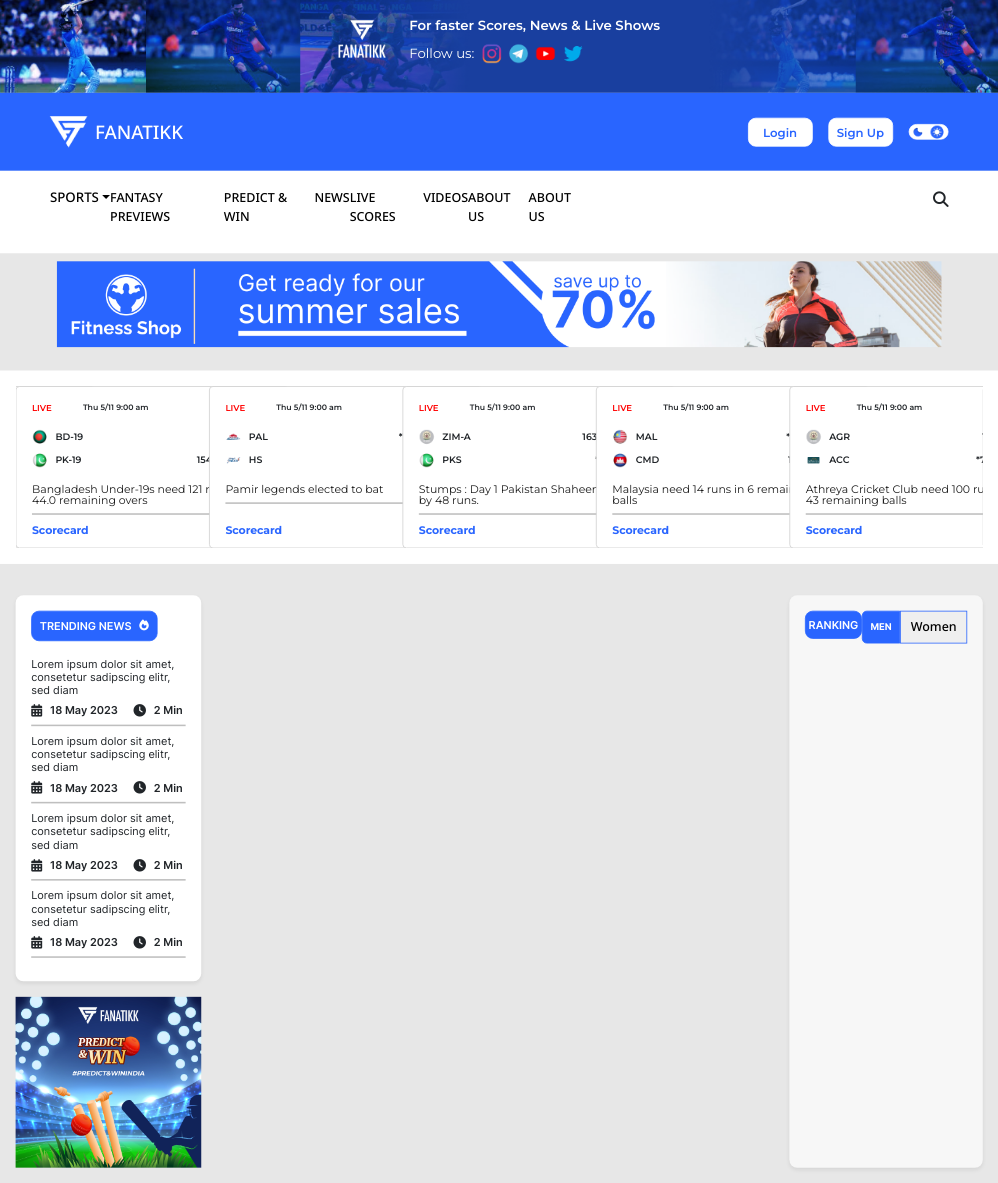
Repository: FlyweisReact/Kannapa
Page: /
The author's editor kept a copy of each file at every save. The page is drawn from the files as they stood at one save, then again after the next save.
The browser window is 1280 px wide. The pictures show the whole page, at 78% of full size.
Some web libraries are served in a nearby version. The project was rebuilt for these pictures with package versions that can differ from the ones it lists, and the page was loaded fresh each time. Also part of the build but not shown: src/Components/Layout/Footer.js, src/Components/Sliders/Index-video-Slider.js, src/Components/firstScreen.jsx, src/Components/secondScreen.jsx, src/Components/thirdScreen.jsx, src/Components/fourthScreen.jsx, src/CSS/Footer.css.

Above is the page before, as saved 2023-06-03 16:03:57.

### public/index.html
<!DOCTYPE html>
<html lang="en">
  <head>
    <meta charset="utf-8" />
    <link rel="icon" href="%PUBLIC_URL%/favicon.ico" />
    <meta name="viewport" content="width=device-width, initial-scale=1" />
    <meta name="theme-color" content="#000000" />
    <meta
      name="description"
      content="Web site created using create-react-app"
    />
    <link rel="apple-touch-icon" href="%PUBLIC_URL%/logo192.png" />

    <link rel="manifest" href="%PUBLIC_URL%/manifest.json" />
    <link href="https://fonts.googleapis.com/css2?family=Roboto+Mono:ital,wght@1,300&display=swap" rel="stylesheet">
    <title>React App</title>
  </head>
  <body>
    <noscript>You need to enable JavaScript to run this app.</noscript>
    <div id="root"></div>
    <script src="https://code.jquery.com/jquery-3.6.0.min.js"></script>
    <script src="https://kit.fontawesome.com/b533b351e4.js" crossorigin="anonymous"></script>
  </body>
</html>

### src/CSS/Navbar.css
/**
 * === navbar styling ====
 *
 * @format
 */
.Stick-navbar{
    height: 100%;
    transition: box-shadow 0.3s ease;
    height: 100px;
}
.Navbar {
  display: flex;
  justify-content: space-between;
  background: #2965ff;
  padding: 20px;
  width: 100%;
  gap: 20px;
  position: fixed !important;
  top: 0;
  z-index: 999;
  transition: box-shadow 0.3s ease;
  align-items: center;
}

.Navbar .Left_Container {
  width: 30%;
}
.Navbar .Left_Container .Logo_Div {
  display: flex;
  gap: 10px;
  justify-content: center;
  align-items: center;
}
.Navbar .Left_Container .Logo_Div p {
  color: #fff;
  font-size: var(--mediumFont);
  margin: 0;
}
.Navbar .Left_Container .Logo_Div img {
  width: 47.73px;
  height: 40px;
}

.Navbar .Right_Container {
  width: 70%;
  display: flex;
  justify-content: center;
  gap: 40px;
}
.Navbar .Right_Container .Item {
  display: flex;
  justify-content: baseline;
}

.Navbar .Right_Container .Item p {
  font-size: 16px;
  cursor: pointer;
  color: #ffffff;
  padding-top: 2px;
}

.Navbar .Right_Container .Item .DropDown {
  border: none;
  color: #fff;
  font-size: 17px;
  cursor: pointer;
  color: #ffffff;
  margin: 0;
  padding: 0;
}
.Navbar .Right_Container .Item .fa-magnifying-glass {
  color: #fff;
  font-size: 18px;
  cursor: pointer;
  padding-top: 7px;
}
.Navbar .Right_Container .Item .Toggle{
  width: 51.43px;
  height: 19.03px;
  display: flex;
  justify-content: space-between;
  align-items: center;
  padding-left: 5px;
  padding-right: 5px;
  border-radius: 10px;
  background-color: #fff;
  border: 1px solid #fff;
  cursor: pointer;
  align-items: center;
  margin-top: 8px;
}


/* Header 2 */
.Header1 {
  background-image: url("../../public/Images/22.png");
  color: #ffffff;
  width: 100%;
  background-repeat: no-repeat;
  background-size: cover;
  height: 119px;
  padding: 20px;
}
.Header1 .Main {
  display: flex;
  align-items: center;
  justify-content: center;
  gap: 30px;
}
.Header1 .Main p {
  margin: 0;
}
.Header1 .Main .Head {
  font-family: MontserratNormal;
  font-weight: 600;
  font-size: 17px;
  color: #ffffff;
}

.Header1 .Main .Two {
  display: flex;
  gap: 10px;
  margin-top: 10px;
  align-items: center;
}
.Header1 .Main .Two p {
  font-family: MontserratNormal;
  font-style: normal;
  font-weight: 400;
  font-size: 17px;
  line-height: 17px;
  color: #ffffff;
}
.Header1 .Main .Social {
  display: flex;
  gap: 10px;
  align-items: center;
}

/* Fading Navbar */

.Fading_Nav {
  display: flex;
  justify-content: space-between;
  background: #2965ff;
  padding: 30px;
  width: 100%;
  gap: 20px;
  align-items: center;
  padding-left: 5%;
  padding-right: 5%;
}

.Fading_Nav .Left_Container {
  width: 30%;
}
.Fading_Nav .Left_Container .Logo_Div {
  display: flex;
  gap: 10px;
  justify-content: flex-start;
  align-items: center;
}
.Fading_Nav .Left_Container .Logo_Div p {
  color: #fff;
  font-size: var(--mediumFont);
  margin: 0;
}
.Fading_Nav .Left_Container .Logo_Div img {
  width: 47.73px;
  height: 40px;
}

.Fading_Nav .Right_Container {
  width: 70%;
  display: flex;
  justify-content: flex-end;
  gap: 20px;
  align-items: center;
}
.Fading_Nav .Right_Container button {
  font-family: MontserratNormal;
  font-style: normal;
  font-weight: 600;
  width: 83px;
  height: 37px;
  border-radius: 10px;
  font-size: 15px;
  line-height: 19px;
  color: #2965ff;
  background-color: #fff;
  border: 1px solid #fff;
  cursor: pointer;
}
.Fading_Nav .Right_Container .Toggle {
  width: 51.43px;
  height: 19.03px;
  display: flex;
  justify-content: space-between;
  align-items: center;
  padding-left: 5px;
  padding-right: 5px;
}


/* Fading Category */
.Fading_Category{
    display: flex;
    justify-content: space-between;
    padding: 20px;
    background-color: #fff;
    padding-left: 5%;
    padding-right: 5%;
}
.Fading_Category .Left_Container {
    display: flex;
    justify-content: space-between;
    width: 60%;
}

.Fading_Category .Left_Container .Item {
    display: flex;
    justify-content: baseline;
  }

  .Fading_Category .Left_Container .Item p {
    font-size: 16px;
    cursor: pointer;
    color: #000;
    padding-top: 2px;
  }

  .Fading_Category .Left_Container .Item .DropDown {
    border: none;
    font-size: 17px;
    cursor: pointer;
    color: #000;
    margin: 0;
    padding: 0;
    border: none;
  }

.Fading_Category .Right_Container i{
    font-size: 20px;
    padding-top: 7px;
}


/* Fading Effect */
.HomePage{
    min-height: 200vh;
}
.fade-out{
    opacity: 0;
    transition: opacity 0.5s;
    height: 0;
    overflow: hidden;
}
.fade-in{
    opacity: 1;
    transition: opacity 0.5s;
    height: auto;
    overflow: hidden;
    width: 100%;
}

### src/CSS/Component.css
/** @format */

/* Fading Header */

/* Home Screen */
.Index_Center_Banner {
  width: 100%;
  padding: 10px;
}

.Index_Center_Banner img {
  width: 90%;
  display: block;
  margin: auto;
}

.Index_Center_GIF {
  width: 100%;
  padding: 10px;
}

.Index_Center_GIF img {
  width: 90%;
  display: block;
  margin: auto;
  height: 500px;
}

.Index_Center_Desc {
  display: flex;
  width: 90%;
  padding: 10px;
  margin: auto;
}

.Index_Center_Desc .Main_Comp {
  text-align: left;
}
.Index_Center_Desc .Main_Comp .head {
  font-size: 36px;
  color: #1d1d1d;
  text-shadow: 0px 1px 1px rgba(37, 37, 37, 0.5);
  margin: 0;
}

.Index_Center_Desc .Main_Comp .Two_Sec {
  display: flex;
  gap: 10px;
  align-items: flex-start;
}
.Index_Center_Desc .Main_Comp .Two_Sec img {
  height: 20px;
  margin-top: 4px;
}

.Index_Center_Desc .Main_Comp .Two_Sec p {
  color: rgba(29, 29, 29, 0.6);
  text-shadow: 0px 1px 1px rgba(37, 37, 37, 0.5);
  font-style: italic;
}

.Index_Center_Desc .Main_Comp .desc p {
  font-size: 16px;
  line-height: 24px;
  align-items: center;
  color: rgba(29, 29, 29, 0.6);
  max-width: 60%;
  font-style: italic;
  margin: 0;
}
.first5 p u {
  color: #333;
}

.Index_Logo_Div {
  display: flex;
  justify-content: space-between;
  align-items: center;
  width: 90%;
  margin: auto;
  padding-top: 10px;
  padding-bottom: 10px;
}
.Index_Logo_Div .Left_Comp {
  display: flex;
  gap: 10px;
  align-items: center;
}
.Index_Logo_Div .Right_Comp img {
  cursor: pointer;
}

.Index_Video_Slider {
  width: 90%;
  display: block;
  margin: auto;
  padding-top: 10px;
  padding-bottom: 10px;
}

.Video_Slider {
  width: 100%;
  /* padding: 20px; */
  display: block;
  margin: auto;
}
.Video_Slider .Main_Item {
  background: #ffffff;
  border: 1px solid #1d1d1d;
  border-radius: 10px;
  height: 400px;
}
.Video_Slider .Main_Item img {
  width: 100%;
  border-radius: 10px 10px 0px 0px;
}
.Video_Slider .Main_Item p {
  padding: 10px;
  font-family: Montserrat;
  font-size: 15px;
  line-height: 18px;
  color: #1d1d1d;
}
.Video_Slider .Main_Item:focus {
  outline: none;
}

.Index_Center_Button {
  width: 90%;
  display: block;
  margin: auto;
  padding-top: 10px;
  padding-bottom: 10px;
  margin-top: 2%;
  position: relative;
}
.Index_Center_Button button {
  font-family: Montserrat;
  font-size: 16px;
  line-height: 20px;
  text-transform: uppercase;
  width: 256px;
  color: #ffffff;
  background: #2965ff;
  border: 1px solid #2965ff;
  border-radius: 25px;
  padding: 10px;
  display: block;
  margin: auto;
}

.Index_Center_Button .empty {
  height: 4px !important;
  position: absolute;
  top: 50%;
  left: 50%;
  transform: translate(-50%, -50%);
  z-index: -1;
  background-color: #2965ff;
  width: 100%;
}

.Index_Three_Cont {
  width: 90%;
  display: grid;
  grid-template-columns: auto auto auto;
  gap: 20px;
  margin: auto;
  padding-top: 20px;
}
.Index_Three_Cont .Main_Component .head {
  font-family: Montserrat;
  font-style: normal;
  font-weight: 700;
  font-size: 22.3418px;
  line-height: 30px;
  color: #1d1d1d;
}
.Index_Three_Cont .Main_Component img {
  width: 100%;
}
.Index_Three_Cont .Main_Component .desc {
  font-family: Montserrat;
  font-style: normal;
  font-weight: 300;
  font-size: 15.9584px;
  line-height: 40px;
}

/* Score_Card_Slider */
.ScoreCard_Slider {
  background-color: #ffffff;
  padding: 20px;
  margin-top: 20px;
  margin-bottom: 20px;
}
.ScoreCard_Slider .Main_Item {
  border: 1px solid #cfcfcf;
  background-color: #fff;
  border-radius: 5px;
  padding: 20px;
  width: 350px !important;
  height: 208px !important;
  position: relative;
}
.ScoreCard_Slider .Main_Item .two_Sec {
  display: flex;
  gap: 40px;
  align-items: center;
  margin-bottom: 20px;
}
.ScoreCard_Slider .Main_Item .two_Sec p {
  margin: 0;
  font-family: MontserratNormal;
  font-style: normal;
  font-weight: 600;
  font-size: 10px;
  line-height: 14px;
}
.ScoreCard_Slider .Main_Item .two_Sec .first {
  margin: 0;
  font-family: MontserratNormal;
  font-style: normal;
  font-weight: 600;
  font-size: 11px;
  line-height: 14px;
  color: #ff0000;
}
.ScoreCard_Slider .slick-next:before {
  display: none !important;
}

.ScoreCard_Slider .Main_Item .Flags_Div {
  display: flex;
  justify-content: space-between;
  align-items: center;
  gap: 10px;
  margin-top: 10px;
}

.ScoreCard_Slider .Main_Item .Flags_Div div {
  display: flex;
  gap: 10px;
  align-items: center;
}
.ScoreCard_Slider .Main_Item .Flags_Div div p {
  margin: 0;
  font-family: MontserratNormal;
  font-style: normal;
  font-weight: 600;
  font-size: 12px;
  line-height: 17px;
}
.ScoreCard_Slider .Main_Item .desc {
  color: #1d1d1d;
  font-family: MontserratNormal;
  font-style: normal;
  font-weight: 400;
  font-size: 14px;
  line-height: 14px;
  width: 90%;
  margin: 0;
  margin-top: 20px;
}
.ScoreCard_Slider .Main_Item .empty {
  background-color: #bfbfbf;
  width: 100%;
  height: 2px;
  margin-top: 10px;
}
.ScoreCard_Slider .Main_Item .Scorecard {
  font-family: MontserratNormal;
  font-style: normal;
  font-weight: 700;
  font-size: 14px;
  line-height: 14px;
  position: absolute;
  letter-spacing: -0.11px;
  color: #2965ff;
  bottom: 0;
}

/* Index_Three_Sec_Layout */
.Index_Three_Sec_Layout {
  width: 100%;
  padding: 20px;
  display: flex;
  gap: 20px;
}
.Index_Three_Sec_Layout .left_Comp {
  width: 20%;
}
.Index_Three_Sec_Layout .Mid_Comp {
  width: 60%;
}
.Index_Three_Sec_Layout .Right_Comp {
  width: 20%;
}

.Index_Three_Sec_Layout .left_Comp .Trading_News {
  background-color: #fff;
  padding: 20px;
  box-shadow: 0px 3px 6px rgba(0, 0, 0, 0.08);
  border-radius: 10px;
}
.Index_Three_Sec_Layout .left_Comp .Trading_News button {
  background-color: #2965ff;
  color: #fff;
  border: 1px solid #2965ff;
  text-transform: uppercase;
  border-radius: 10px;
  font-style: normal;
  font-weight: 600;
  font-size: 14px;
  line-height: 17px;
  font-family: Inter;
  padding: 10px;
  display: flex;
  gap: 10px;
  align-items: center;
  margin-bottom: 20px;
}

.Index_Three_Sec_Layout .left_Comp .Trading_News .desc {
  margin-top: 10px;
}
.Index_Three_Sec_Layout .left_Comp .Trading_News .desc .head {
  font-family: Inter;
  font-style: normal;
  font-weight: 400;
  font-size: 14px;
  line-height: 17px;
  margin: 0;
}

.Index_Three_Sec_Layout .left_Comp .Trading_News .desc .two_sec {
  display: flex;
  align-items: center;
  gap: 20px;
  margin-top: 10px;
}
.Index_Three_Sec_Layout .left_Comp .Trading_News .desc .two_sec div {
  display: flex;
  align-items: center;
  gap: 10px;
}
.Index_Three_Sec_Layout .left_Comp .Trading_News .desc .two_sec div p {
  margin: 0;
  font-family: Inter;
  font-style: normal;
  font-weight: 600;
  font-size: 14px;
  line-height: 8px;
}
.Index_Three_Sec_Layout .left_Comp .Trading_News .desc .empty {
  width: 100%;
  height: 2px;
  background-color: #bfbfbf;
  margin-top: 10px;
  margin-bottom: 10px;
}
.Index_Three_Sec_Layout .left_Comp .BigImage {
  width: 100%;
  padding-top: 20px;
}
.Index_Three_Sec_Layout .left_Comp .BigImage img {
  width: 100%;
  display: block;
  margin: auto;
}

.Index_Three_Sec_Layout .Right_Comp {
  background: #f7f7f7;
  box-shadow: 0px 3px 6px rgba(0, 0, 0, 0.08);
  border-radius: 10px;
  padding: 20px;
}

.Index_Three_Sec_Layout .Right_Comp .Main_Item .Three_Sec {
  display: flex;
  justify-content: space-between;
}
.Index_Three_Sec_Layout .Right_Comp .Main_Item .Three_Sec .First_Btn {
  background: #2965ff;
  border-radius: 10px;
  font-family: Inter;
  font-style: normal;
  font-weight: 600;
  font-size: 14px;
  line-height: 17px;
  text-transform: uppercase;
  border: 1px solid #2965ff;
  color: #ffffff;
  width: 89.88px;
  height: 36px;
}

.Index_Three_Sec_Layout .Right_Comp .Main_Item .Three_Sec div {
  display: flex;
}
.Index_Three_Sec_Layout .Right_Comp .Main_Item .Three_Sec div .First {
  padding: 10px;
  border: 1px solid #2965ff;
  border-radius: 6.22229px 0px 0px 6.22229px;
  background: #2965ff;
  font-family: Inter;
  font-style: normal;
  font-weight: 700;
  font-size: 12px;
  line-height: 12px;
  color: #fff;
  text-align: center;
  text-transform: uppercase;
}
.Index_Three_Sec_Layout .Right_Comp .Main_Item .Three_Sec div button {
  padding: 10px;
  border: 1px solid #2965ff;
  padding: 7.46674px 12.4446px 8.08897px;
}

Loaded but not shown: src/App.css (common file); src/Components/Sliders/ScoreCard.js (443 lines, source omitted); src/Pages/HomeScreen.js (152 lines, source omitted); src/Components/Layout/Navbar.js (71 lines, source omitted); src/Components/Layout/FadingNav/FadingCategory.js (57 lines, source omitted); src/App.js (32 lines, source omitted); src/Components/Layout/FadingNav/FadingNav.js (27 lines, source omitted); src/Components/Layout/FadingNav/Header1.js (32 lines, source omitted); src/index.js (17 lines, source omitted); src/index.css (634 lines, source omitted)

After the next save:
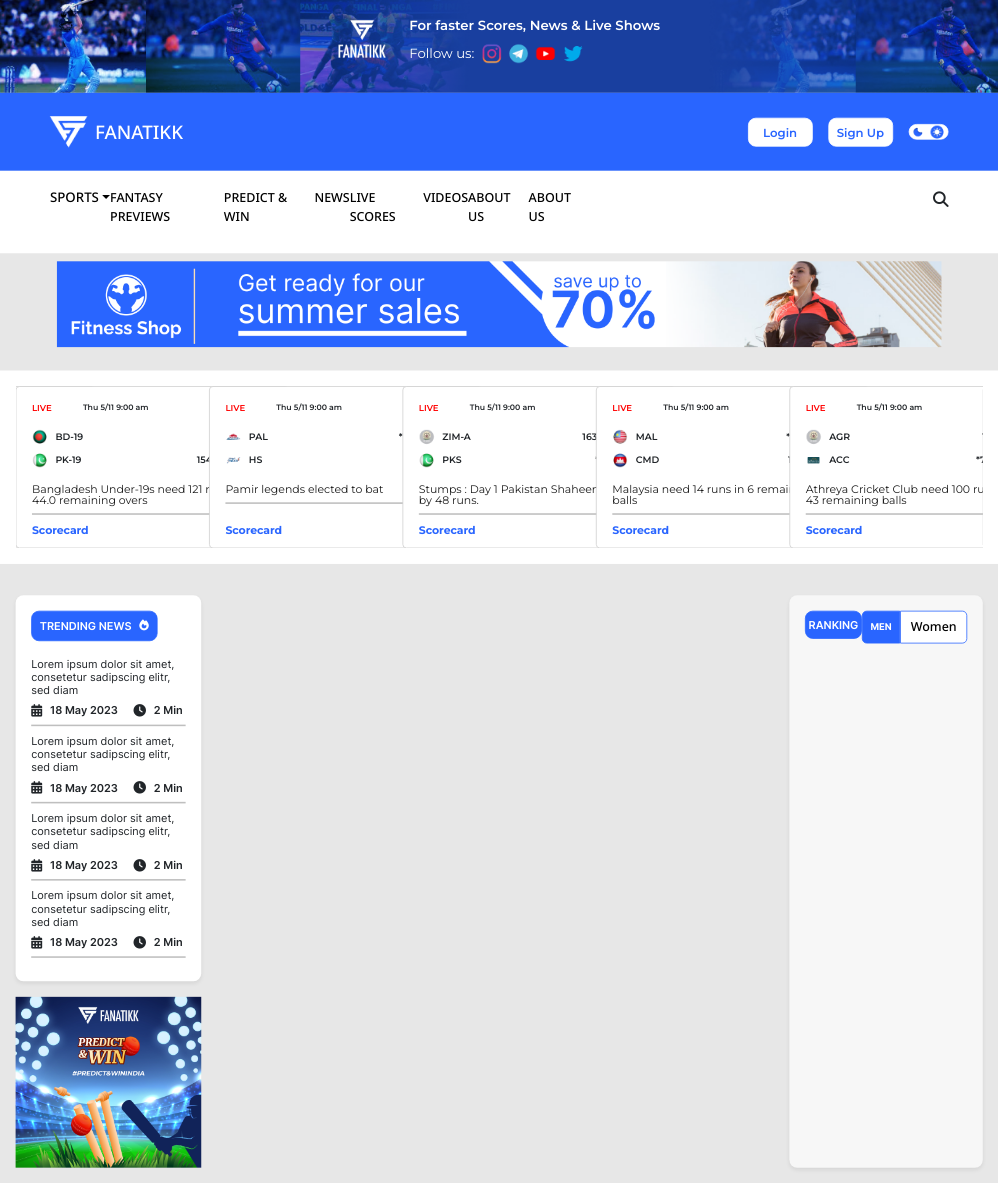
Saved 5 s later.
--- a/src/CSS/Component.css
+++ b/src/CSS/Component.css
@@ -415,5 +415,8 @@
 .Index_Three_Sec_Layout .Right_Comp .Main_Item .Three_Sec div button {
   padding: 10px;
   border: 1px solid #2965ff;
+  background: #FFFFFF;
+border: 0.622229px solid #2965FF;
+border-radius: 0px 6.22229px 6.22229px 0px;
   padding: 7.46674px 12.4446px 8.08897px;
 }
